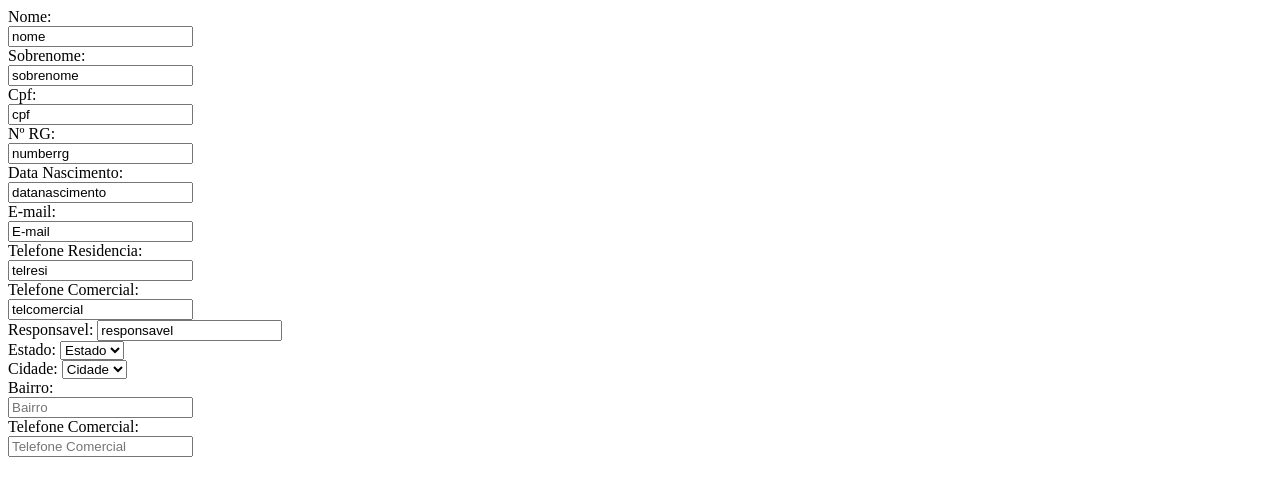
Repository: samaelsimoes/ong-cepe
Page: ong-cepe/WebContent/privado/formulario/pesfisica.html
These files come from the project's save history. The page is drawn as it stood at one moment and after a run of saves; the edit follows.
The browser window is 1280 px wide. The pictures show the whole page.

Above is the page before, as saved 2017-08-13 19:09:08.

### ong-cepe/WebContent/privado/formulario/pesfisica.html
 <div class="form-group row">

    <div class="col-xs-6 col-md-5">
        <label for="example-text-input" class="col-2 col-form-label">Nome:</label>

       <div class="col-10">
            <input class="form-control" type="text" value="nome" id="nome" placeholder="Nome">
        </div>
    </div>

    <div class="col-xs-6 col-md-5 coll-md-offset-2">

        <label for="example-text-input" class="col-2 col-form-label">Sobrenome:</label>

        <div class="col-10">
            <input class="form-control" type="text" value="sobrenome" id="sobrenome" placeholder="Sobrenome">
        </div>
    </div>
</div>

<div class="form-group row">
    <div class="col-xs-6 col-md-5">
        <label for="example-text-input" class="col-2 col-form-label">Cpf:</label>

       <div class="col-10">
            <input class="form-control" type="text" value="cpf" id="nome" placeholder="cpf">
        </div>
    </div>

    <div class="col-xs-6 col-md-5 coll-md-offset-2">

        <label for="example-text-input" class="col-2 col-form-label">Nº RG:</label>

        <div class="col-10">
            <input class="form-control" type="text" value="numberrg" id="sobrenome" placeholder="rg">
        </div>
    </div>
</div>

 <div class="form-group row">
    <div class="col-xs-6 col-md-5">
        <label for="example-text-input" class="col-2 col-form-label">Data Nascimento:</label>

       <div class="col-10">
            <input class="form-control" type="text" value="datanascimento" id="datanascimento" placeholder="cpf">
        </div>
    </div>
    <div class="col-xs-6 col-md-5 coll-md-offset-2">

        <label for="email" class="col-2 col-form-label">E-mail:</label>

        <div class="col-10">

            <input class="form-control" type="text" value="E-mail" id="email" placeholder="-Email">
        </div>
    </div>
</div>

 <div class="form-group row">
    <div class="col-xs-6 col-md-5">
        <label for="example-text-input" class="col-2 col-form-label">Telefone Residencia:</label>

       <div class="col-10">
            <input class="form-control" type="text" value="telresi" id="telresidenci" placeholder="Telefone Residencia">
        </div>
    </div>
    <div class="col-xs-6 col-md-5 coll-md-offset-2">

        <label for="telcomercial" class="col-2 col-form-label">Telefone Comercial:</label>

        <div class="col-10">

            <input class="form-control" type="text" value="telcomercial" id="telcomercial" placeholder="Telefone Comercial">
        </div>
    </div>
</div>

 <div class="form-group row">
    <div class="col-xs-6 col-md-10">

        <label for="responsavel" class="col-2 col-form-label">Responsavel:</label>

        <input class="form-control" type="text" value="responsavel" id="responsavel">
    </div>
</div>

 <div class="form-group row">
    <div class="col-xs-6 col-md-5">
		<label class="col-2 col-form-label" for="estado">Estado:</label>

		<select class="form-control" id="tipopessoa">

		    <option selected>Estado</option>
		</select>
    </div>
    <div class="col-xs-6 col-md-5 coll-md-offset-2">

        <label class="col-2 col-form-label" for="estado">Cidade:</label>

		<select class="form-control" id="tipopessoa">

		    <option selected>Cidade</option>
		</select>
    </div>
</div>

 <div class="form-group row">
    <div class="col-xs-6 col-md-5">
        <label for="example-text-input" class="col-2 col-form-label">Bairro:</label>

       <div class="col-10">
            <input class="form-control" type="text"  id="bairro" placeholder="Bairro">
        </div>
    </div>
    <div class="col-xs-6 col-md-5 coll-md-offset-2">

        <label for="telcomercial" class="col-2 col-form-label">Telefone Comercial:</label>

        <div class="col-10">

            <input class="form-control" type="text" id="telcomercial" placeholder="Telefone Comercial">
        </div>
    </div>
</div>

After the next 4 saves:
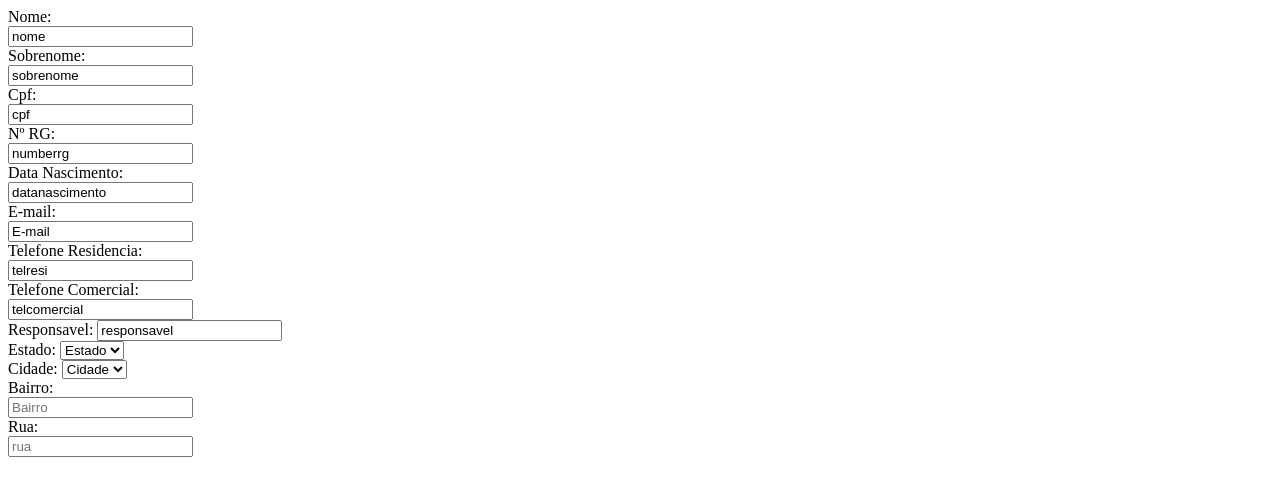
The 4 saves are shown as one change because they came seconds apart.
The last was saved 16 s later.
--- a/ong-cepe/WebContent/privado/formulario/pesfisica.html
+++ b/ong-cepe/WebContent/privado/formulario/pesfisica.html
@@ -114,11 +114,11 @@
     </div>
     <div class="col-xs-6 col-md-5 coll-md-offset-2">
 
-        <label for="telcomercial" class="col-2 col-form-label">Telefone Comercial:</label>
+        <label for="rua" class="col-2 col-form-label">Rua:</label>
 
         <div class="col-10">
 
-            <input class="form-control" type="text" id="telcomercial" placeholder="Telefone Comercial">
+            <input class="form-control" type="text" id="rua" placeholder="rua">
         </div>
     </div>
 </div>
